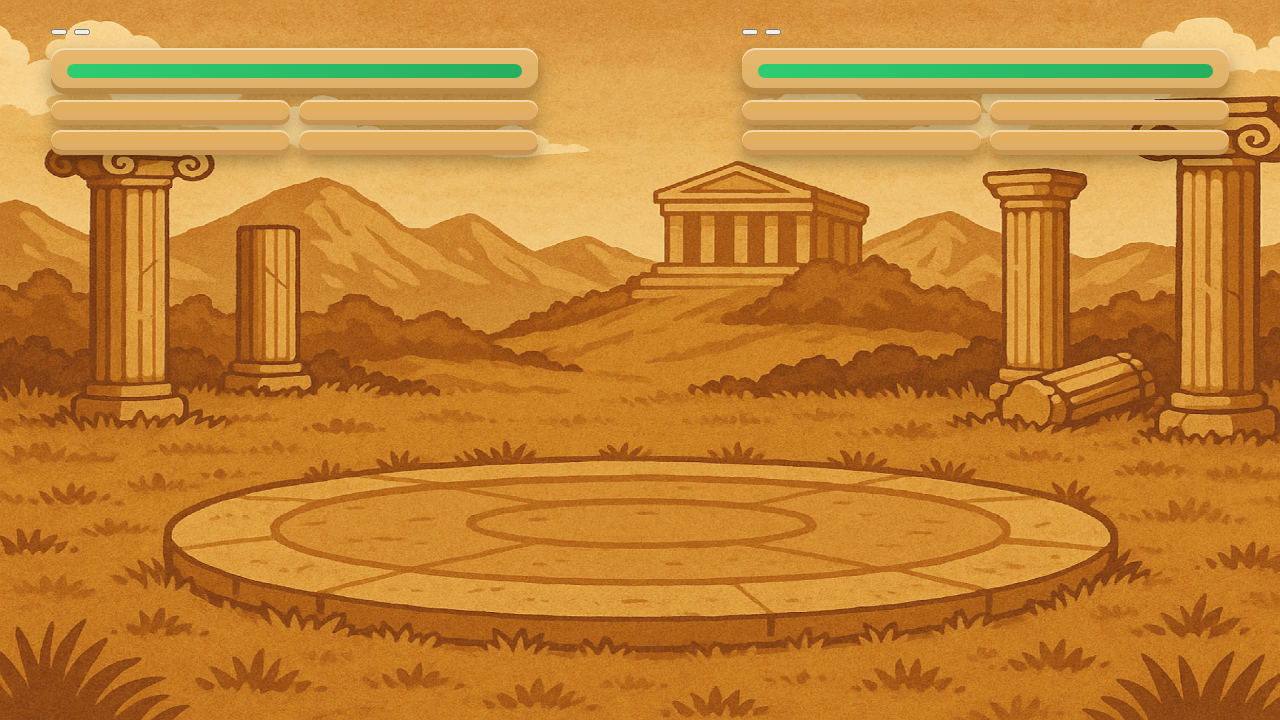
Repository: brianabariteau/Web-1-Final-Project-2025
Page: features/game/game.html
The author's editor kept a copy of each file at every save. The page is drawn from the files as they stood at one save, then again after the next save.
The browser window is 1280 px wide. The pictures show the whole page.
Some web fonts or font styles are not loaded; a fallback is used.

Above is the page before, as saved 2025-12-23 18:17:20.

### features/game/game.html
<!DOCTYPE html>
<html lang="en">
  <head>
    <meta charset="UTF-8" />
    <meta name="viewport" content="width=device-width, initial-scale=1.0" />
    <title>MythoBattle Game</title>
    <link
      rel="icon"
      type="image/x-icon"
      href="../../assets/characters/zeus.png"
    />
    <script type="module" defer src="./game.js"></script>
    <link rel="stylesheet" href="./game.css" />
    <script
      src="https://code.jquery.com/jquery-3.7.1.min.js"
      integrity="sha256-/JqT3SQfawRcv/BIHPThkBvs0OEvtFFmqPF/lYI/Cxo="
      crossorigin="anonymous"
    ></script>
    <link
      href="https://fonts.googleapis.com/css2?family=Jersey+25&display=swap"
      rel="stylesheet"
    />
  </head>
  <body></body>
</html>

### features/game/game.js
"use strict";

import { CHARACTER_MOVES } from "../../constants/character-movesets.js";
let mode = localStorage.getItem("mode");
let player1Character = JSON.parse(localStorage.getItem("player1Character"));
let player2Character = JSON.parse(localStorage.getItem("player2Character"));

// * Functions
function renderCharacterHealth(character) {
  return `
    <div class="character">
      <div class="inner-character">
        <h1>${character.name}</h1> NAME
        <h2>${character.hp}</h2> HEALTH
      </div>
    </div>
  `;
}

function renderCharacterAbilities(character) {
  return `
    <div class="character">
      <div class="inner-character">
        <p>${CHARACTER_MOVES[character.name].ability1name}</p> ABILITY 1
        <p>${CHARACTER_MOVES[character.name].ability2name}</p> ABILITY 2
      </div>
    </div>
  `;
}

function updateGameDisplay() {
  if (!Array.isArray(characters) || characters.length === 0) return;

  // ? Player 1
  player1Name.text(player1Name.name);
  player1Move1.text(CHARACTER_MOVES[player1Name].move1name);
  player1Move2.text(CHARACTER_MOVES[player1Name].move2name);
  player1Move3.text(CHARACTER_MOVES[player1Name].move3name);
  player1Move4.text(CHARACTER_MOVES[player1Name].move4name);
  player1ability1.text(CHARACTER_MOVES[player1Name].ability1name);
  player1ability2.text(CHARACTER_MOVES[player1Name].ability2name);

  // ? Player 2
  player2Name.text(player2Name.name);
  player2Move1.text(CHARACTER_MOVES[player2Name].move1name);
  player2Move2.text(CHARACTER_MOVES[player2Name].move2name);
  player2Move3.text(CHARACTER_MOVES[player2Name].move3name);
  player2Move4.text(CHARACTER_MOVES[player2Name].move4name);
  player2ability1.text(CHARACTER_MOVES[player2Name].ability1name);
  player2ability2.text(CHARACTER_MOVES[player2Name].ability2name);
}

async function loadCharacters() {
  characters.push(player1Character, player2Character);
  updateGameDisplay();
}

// * The Background Image
const background = $("<img>")
  .addClass("background")
  .attr("src", "./assets/battle-background.png")
  .attr("alt", "Background");

// * Player 1
// ? Character Icon
const player1Icon = $("<img>").addClass("player1-icon");

// ! Battle Buttons + Progress
const player1battle = $("<div>").addClass("player1-battle");

// ? Name + Healthbar
const player1Name = $("<div>").addClass("player1-name");
const player1Health = $("<div>").addClass("player1-health");

$(player1Name).append(player1Health);

// ? Movesets
const player1Moves = $("<div>").addClass("player1-moves");
const player1Move1 = $("<button>").addClass("moves");
const player1Move2 = $("<button>").addClass("moves");
const player1Move3 = $("<button>").addClass("moves");
const player1Move4 = $("<button>").addClass("moves");

$(player1Moves).append(player1Move1, player1Move2, player1Move3, player1Move4);

// ? Abilities
const player1Abilities = $("<div>").addClass("player1-abilities");
const player1ability1 = $("<button>").addClass("player1-ability1");
const player1ability2 = $("<button>").addClass("player1-ability2");
$(player1Abilities).append(player1ability1, player1ability2);

$(player1battle).append(player1Abilities, player1Name, player1Moves);

// * Player 2
// ? Character Icon
const player2Icon = $("<img>").addClass("player-2-icon");

// ! Battle Buttons + Progress
const player2battle = $("<div>").addClass("player2-battle");

// ? Name + Healthbar
const player2Name = $("<div>").addClass("player2-name");
const player2Health = $("<div>").addClass("player2-health");

$(player2Name).append(player2Health);

// ? Movesets
const player2Moves = $("<div>").addClass("player1-moves");
const player2Move1 = $("<button>").addClass("moves");
const player2Move2 = $("<button>").addClass("moves");
const player2Move3 = $("<button>").addClass("moves");
const player2Move4 = $("<button>").addClass("moves");

$(player2Moves).append(player2Move1, player2Move2, player2Move3, player2Move4);

// ? Abilities
const player2Abilities = $("<div>").addClass("player2-abilities");
const player2ability1 = $("<button>").addClass("player2-ability1");
const player2ability2 = $("<button>").addClass("player2-ability2");
$(player2Abilities).append(player2ability1, player2ability2);

$(player2battle).append(player2Abilities, player2Name, player2Moves);

$("body").append(
  background,
  player1Icon,
  player2Icon,
  player1battle,
  player2battle
);

### features/game/game.css
/* ───────────── BASE ───────────── */

body {
  margin: 0;
  width: 100vw;
  height: 100vh;
  overflow: hidden;

  font-family: "Jersey 25", sans-serif;

  display: grid;
  grid-template-columns: 1fr 1fr;
  grid-template-rows: auto 1fr auto;
  align-items: center;
  justify-items: center;
}

/* ───────────── BACKGROUND ───────────── */

.background {
  position: fixed;
  inset: 0;
  width: 100%;
  height: 100%;
  z-index: -1;
}

/* ───────────── PLAYER SPRITES ───────────── */

.player1-icon,
.player-2-icon {
  position: absolute;
  bottom: 18%;
  width: 120px;
  image-rendering: pixelated;
}

.player1-icon {
  left: 20%;
}

.player-2-icon {
  right: 20%;
}

/* ───────────── BATTLE PANELS ───────────── */

.player1-battle,
.player2-battle {
  position: absolute;
  top: 4%;
  width: 38%;
  display: flex;
  flex-direction: column;
  gap: 0.8rem;
}

.player1-battle {
  left: 4%;
}

.player2-battle {
  right: 4%;
}

/* ───────────── NAME + HEALTH ───────────── */

.player1-name,
.player2-name {
  background: linear-gradient(to bottom, #e8b96b, #ddb16a);
  border-radius: 14px;
  padding: 10px 16px;

  box-shadow: inset 0 2px 0 rgba(255, 255, 255, 0.5), 0 6px 0 #b88945,
    0 10px 20px rgba(0, 0, 0, 0.35);

  color: #6b3f18;
  text-shadow: 1px 1px #f3d8a8;

  font-size: 1.6rem;
  letter-spacing: 2px;
}

/* Health bar container */
.player1-health,
.player2-health {
  margin-top: 6px;
  height: 14px;
  border-radius: 10px;
  background: #4b2d12;
  overflow: hidden;
}

/* Actual HP fill */
.player1-health::after,
.player2-health::after {
  content: "";
  display: block;
  height: 100%;
  width: 100%; /* change dynamically in JS later */
  background: linear-gradient(to right, #2ecc71, #27ae60);
}

/* ───────────── MOVES GRID ───────────── */

.player1-moves,
.player2-moves {
  display: grid;
  grid-template-columns: 1fr 1fr;
  gap: 0.6rem;
}

/* Ability buttons */
.moves {
  background: linear-gradient(to bottom, #e7b058, #dead68);
  border: none;
  border-radius: 14px;

  padding: 10px 14px;
  font-size: 1.2rem;
  letter-spacing: 1px;
  color: #6b3f18;
  text-shadow: 1px 1px #f3d8a8;

  cursor: pointer;

  box-shadow: inset 0 2px 0 rgba(255, 255, 255, 0.5), 0 5px 0 #c89451,
    0 10px 18px rgba(0, 0, 0, 0.35);

  transition: transform 0.12s ease, box-shadow 0.12s ease;
}

.moves:hover {
  filter: brightness(1.05);
  box-shadow: inset 0 2px 0 rgba(255, 255, 255, 0.6), 0 5px 0 #c89451,
    0 0 12px rgba(255, 210, 130, 0.7);
}

.moves:active {
  transform: translateY(4px);
  box-shadow: inset 0 2px 0 rgba(255, 255, 255, 0.4), 0 2px 0 #c89451;
}

/* ───────────── ABILITIES (PASSIVES / TAGS) ───────────── */

.player1-abilities,
.player2-abilities {
  display: flex;
  gap: 0.4rem;
  flex-wrap: wrap;
}

.player1-abilities span,
.player2-abilities span {
  background: rgba(180, 130, 60, 0.5);
  border-radius: 10px;
  padding: 4px 10px;
  font-size: 0.9rem;
  letter-spacing: 1px;
}

/* ───────────── MOBILE ADJUSTMENTS ───────────── */

@media (max-width: 900px) {
  .player1-battle,
  .player2-battle {
    width: 90%;
    left: 5%;
    right: 5%;
  }

  .player1-icon,
  .player-2-icon {
    width: 90px;
    bottom: 10%;
  }

  .player1-icon {
    left: 10%;
  }

  .player-2-icon {
    right: 10%;
  }
}

### constants/character-movesets.js
import { CUSTOM_STATS } from "./characters.js";

export const CHARACTER_MOVES = {
  Zeus: {
    move1name: "Thunderbolt Wrath",
    move2name: "Skybreaker Slam",
    move3name: "Stormcaller Command",
    move4name: "God of Thunder",
    move1effects() {},
    move2effects() {},
    move3effects() {},
    move4effects() {},
    ability1name: "Sky/Lightning",
    ability2name: "King's Wrath",
    ability1effect() {},
    ability2effect() {},
  },
};

### constants/characters.js
export const SPECIFIC_CHARACTERS = [
  "Zeus",
  "Athena",
  "Hestia",
  "Apollo",
  "Artemis",
  "Poseidon",
  "Hades",
  "Demeter",
  "Aphrodite",
  "Hera",
  "Dionysus",
  "Ares",
  "Hephaestus",
  "Persephone",
  "Hermes",
  "Nyx",
  "Hypnos",
  "Thanatos",
  "Morpheus",
  "Asclepius",
];

export const CUSTOM_SPRITES = {
  Zeus: "../../assets/characters/zeus.png",
  Athena: "../../assets/characters/athena.png",
  Hestia: "../../assets/characters/hestia.png",
  Apollo: "../../assets/characters/apollo.png",
  Artemis: "../../assets/characters/artemis.png",
  Poseidon: "../../assets/characters/poseidon.png",
  Hades: "../../assets/characters/hades.png",
  Demeter: "../../assets/characters/demeter.png",
  Aphrodite: "../../assets/characters/aphrodite.png",
  Hera: "../../assets/characters/hera.png",
  Dionysus: "../../assets/characters/dionysus.png",
  Ares: "../../assets/characters/ares.png",
  Hephaestus: "../../assets/characters/hephaestus.png",
  Persephone: "../../assets/characters/persephone.png",
  Hermes: "../../assets/characters/hermes.png",
  Nyx: "../../assets/characters/nyx.png",
  Hypnos: "../../assets/characters/hypnos.png",
  Thanatos: "../../assets/characters/thanatos.png",
  Morpheus: "../../assets/characters/morpheus.png",
  Asclepius: "../../assets/characters/asclepius.png",
};

export const CUSTOM_STATS = {
  Zeus: {
    tier: "Tier 1",
    tierName: "The Big Three",
    hp: 150,
    attack: 110,
    defense: 95,
    speed: 120,
    power: 150,
    resilience: 100,
    stamina: 110,
    domainMastery: "Sky/Lightning",
    masteryDesc: "+25% electric damage",
    specialTrait: "King's Wrath",
    traitDesc: "10% chance to smite enemy for bonus true damage",
  },
  Athena: {
    tier: "Tier 3",
    tierName: "Middle Olympians",
    hp: 140,
    attack: 100,
    defense: 120,
    speed: 105,
    power: 115,
    resilience: 130,
    stamina: 110,
    domainMastery: "Wisdom/Strategy",
    masteryDesc: "Team defense +10%",
    specialTrait: "Perfect Counter",
    traitDesc: "30% chance to auto-block melee attacks",
  },
  Hestia: {
    tier: "Tier 2",
    tierName: "Elder Olympians",
    hp: 140,
    attack: 80,
    defense: 120,
    speed: 85,
    power: 110,
    resilience: 130,
    stamina: 150,
    domainMastery: "Hearth Fire",
    masteryDesc: "Healing + burn damage boosts",
    specialTrait: "Warmth of Home",
    traitDesc: "Grants minor healing each turn to allies",
  },
  Apollo: {
    tier: "Tier 3",
    tierName: "Middle Olympians",
    hp: 130,
    attack: 95,
    defense: 80,
    speed: 125,
    power: 140,
    resilience: 90,
    stamina: 110,
    domainMastery: "Light/Music",
    masteryDesc: "+20% light damage",
    specialTrait: "Prophetic Strike",
    traitDesc: "First attack always crits",
  },
  Artemis: {
    tier: "Tier 3",
    tierName: "Middle Olympians",
    hp: 120,
    attack: 110,
    defense: 85,
    speed: 135,
    power: 105,
    resilience: 95,
    stamina: 115,
    domainMastery: "Moon/Hunt",
    masteryDesc: "+25% crit chance on moving targets",
    specialTrait: "Hunter's Mark",
    traitDesc: "First hit on any enemy does bonus damage",
  },
  Poseidon: {
    tier: "Tier 1",
    tierName: "The Big Three",
    hp: 160,
    attack: 115,
    defense: 110,
    speed: 100,
    power: 140,
    resilience: 120,
    stamina: 115,
    domainMastery: "Sea",
    masteryDesc: "+20% water damage, +30% damage when fighting near water",
    specialTrait: "Tidal Fury",
    traitDesc: "Consecutive attacks increase in damage",
  },
  Hades: {
    tier: "Tier 1",
    tierName: "The Big Three",
    hp: 170,
    attack: 95,
    defense: 140,
    speed: 80,
    power: 130,
    resilience: 150,
    stamina: 90,
    domainMastery: "Underworld",
    masteryDesc: "+30% damage vs undead/fear/sleep",
    specialTrait: "Soul Drain",
    traitDesc: "Steals HP on hit (5% of damage dealt)",
  },
  Demeter: {
    tier: "Tier 2",
    tierName: "Elder Olympians",
    hp: 145,
    attack: 85,
    defense: 115,
    speed: 80,
    power: 125,
    resilience: 110,
    stamina: 130,
    domainMastery: "Harvest",
    masteryDesc: "+20% regeneration, +25% poison resistance",
    specialTrait: "Fallow Curse",
    traitDesc: "Can reduce enemy Attack temporarily",
  },
  Aphrodite: {
    tier: "Tier 4",
    tierName: "Younger Olympians",
    hp: 120,
    attack: 70,
    defense: 80,
    speed: 110,
    power: 115,
    resilience: 85,
    stamina: 100,
    domainMastery: "Charm",
    masteryDesc: "25% chance enemies skip turn",
    specialTrait: "Irresistible Aura",
    traitDesc: "First strike against her does half damage",
  },
  Hera: {
    tier: "Tier 2",
    tierName: "Elder Olympians",
    hp: 150,
    attack: 90,
    defense: 120,
    speed: 90,
    power: 125,
    resilience: 120,
    stamina: 120,
    domainMastery: "Queenship",
    masteryDesc: "Team buffs stronger by 20%",
    specialTrait: "Divine Authority",
    traitDesc: "Immune to charm and can reflect debuffs",
  },
  Dionysus: {
    tier: "Tier 4",
    tierName: "Younger Olympians",
    hp: 130,
    attack: 85,
    defense: 85,
    speed: 95,
    power: 120,
    resilience: 90,
    stamina: 130,
    domainMastery: "Madness",
    masteryDesc: "Debuffs 20% stronger",
    specialTrait: "Ecstatic Frenzy",
    traitDesc: "Random buffs each turn",
  },
  Ares: {
    tier: "Tier 3",
    tierName: "Middle Olympians",
    hp: 150,
    attack: 145,
    defense: 100,
    speed: 110,
    power: 95,
    resilience: 100,
    stamina: 120,
    domainMastery: "War",
    masteryDesc: "+15% damage per hit taken",
    specialTrait: "Bloodlust",
    traitDesc: "Attack increases each time he deals damage",
  },
  Hephaestus: {
    tier: "Tier 4",
    tierName: "Younger Olympians",
    hp: 140,
    attack: 130,
    defense: 135,
    speed: 65,
    power: 115,
    resilience: 110,
    stamina: 100,
    domainMastery: "Forge",
    masteryDesc: "+20% damage with crafted weapons",
    specialTrait: "Molten Skin",
    traitDesc: "Reduces fire damage to 0",
  },
  Persephone: {
    tier: "Tier 5",
    tierName: "Minor Gods",
    hp: 125,
    attack: 75,
    defense: 90,
    speed: 95,
    power: 110,
    resilience: 100,
    stamina: 120,
    domainMastery: "Spring/Underworld",
    masteryDesc: "Alternating form bonuses",
    specialTrait: "Dual Aspect",
    traitDesc: "Stats change each season (Spring boost/Underworld boost)",
  },
  Hermes: {
    tier: "Tier 4",
    tierName: "Younger Olympians",
    hp: 115,
    attack: 90,
    defense: 75,
    speed: 160,
    power: 100,
    resilience: 80,
    stamina: 140,
    domainMastery: "Speed/Trickery",
    masteryDesc: "+20% dodge",
    specialTrait: "Swift Step",
    traitDesc: "Gains an extra small action each turn",
  },
  Nyx: {
    tier: "Tier 0",
    tierName: "Primordial",
    hp: 170,
    attack: 100,
    defense: 120,
    speed: 110,
    power: 160,
    resilience: 140,
    stamina: 120,
    domainMastery: "Night/Void",
    masteryDesc: "+30% shadow damage, +20% evasion in darkness",
    specialTrait: "Primordial Aura",
    traitDesc: "Debuffs have double duration; immune to Sleep and Fear",
  },
  Hypnos: {
    tier: "Tier 5",
    tierName: "Minor Gods",
    hp: 110,
    attack: 60,
    defense: 75,
    speed: 70,
    power: 120,
    resilience: 95,
    stamina: 130,
    domainMastery: "Sleep",
    masteryDesc: "+30% chance to inflict sleep",
    specialTrait: "Dream Veil",
    traitDesc: "20% damage reduction from melee",
  },
  Thanatos: {
    tier: "Tier 5",
    tierName: "Minor Gods",
    hp: 115,
    attack: 90,
    defense: 85,
    speed: 120,
    power: 100,
    resilience: 110,
    stamina: 100,
    domainMastery: "Death",
    masteryDesc: "Kills low-HP enemies instantly",
    specialTrait: "Reaper's Touch",
    traitDesc: "Critical hits do double true damage",
  },
  Morpheus: {
    tier: "Tier 5",
    tierName: "Minor Gods",
    hp: 105,
    attack: 70,
    defense: 80,
    speed: 100,
    power: 125,
    resilience: 85,
    stamina: 110,
    domainMastery: "Dreams",
    masteryDesc: "Illusions reduce enemy accuracy",
    specialTrait: "Shifting Form",
    traitDesc: "15% chance to avoid attacks entirely",
  },
  Asclepius: {
    tier: "Tier 5",
    tierName: "Minor Gods",
    hp: 120,
    attack: 50,
    defense: 85,
    speed: 90,
    power: 135,
    resilience: 110,
    stamina: 150,
    domainMastery: "Healing",
    masteryDesc: "+30% healing power",
    specialTrait: "Miracle Touch",
    traitDesc: "Once per battle revive ally to 30% HP",
  },
};

After the next save:
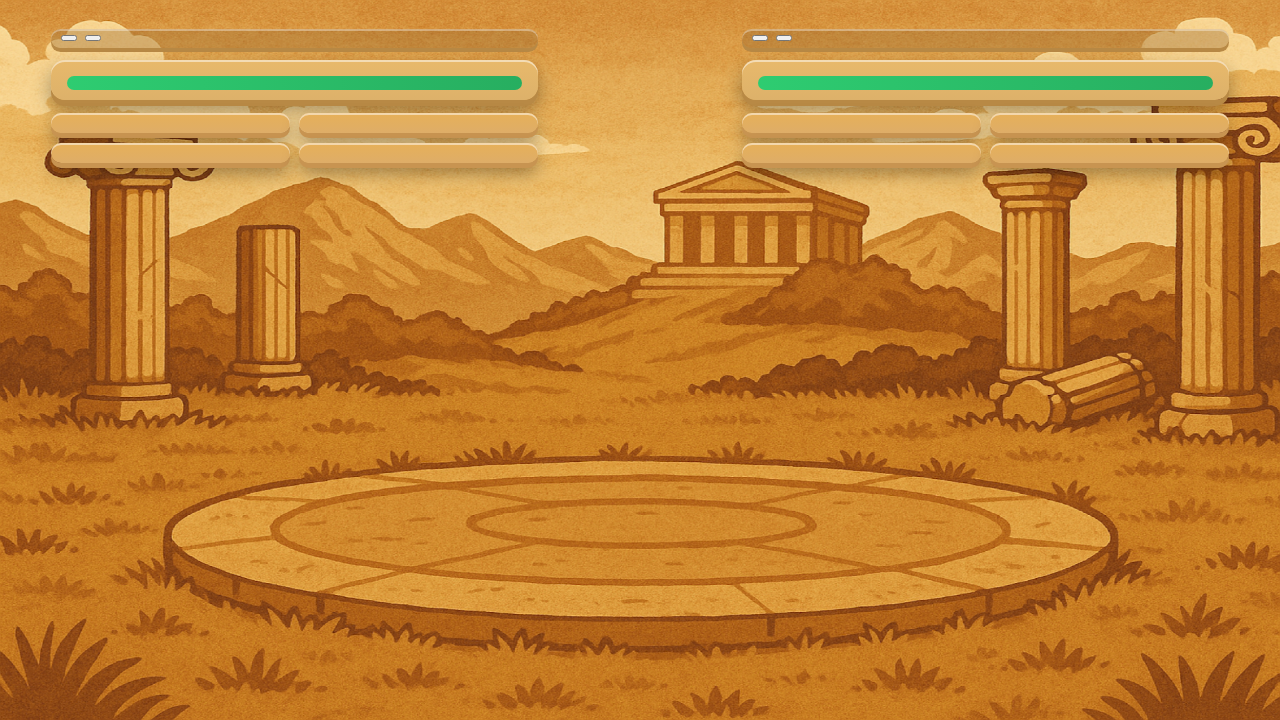
Saved 2 min 56 s later.
--- a/features/game/game.css
+++ b/features/game/game.css
@@ -141,22 +141,22 @@ body {
   box-shadow: inset 0 2px 0 rgba(255, 255, 255, 0.4), 0 2px 0 #c89451;
 }
 
-/* ───────────── ABILITIES (PASSIVES / TAGS) ───────────── */
+/* ───────────── ABILITIES CONTAINER ───────────── */
 
 .player1-abilities,
 .player2-abilities {
   display: flex;
-  gap: 0.4rem;
   flex-wrap: wrap;
-}
+  gap: 0.5rem;
 
-.player1-abilities span,
-.player2-abilities span {
-  background: rgba(180, 130, 60, 0.5);
-  border-radius: 10px;
-  padding: 4px 10px;
-  font-size: 0.9rem;
-  letter-spacing: 1px;
+  padding: 0.4rem 0.6rem;
+
+  background: rgba(150, 100, 45, 0.35);
+  border-radius: 14px;
+
+  box-shadow: inset 0 2px 0 rgba(255, 255, 255, 0.35), 0 4px 0 #b88945;
+
+  max-width: 100%;
 }
 
 /* ───────────── MOBILE ADJUSTMENTS ───────────── */
